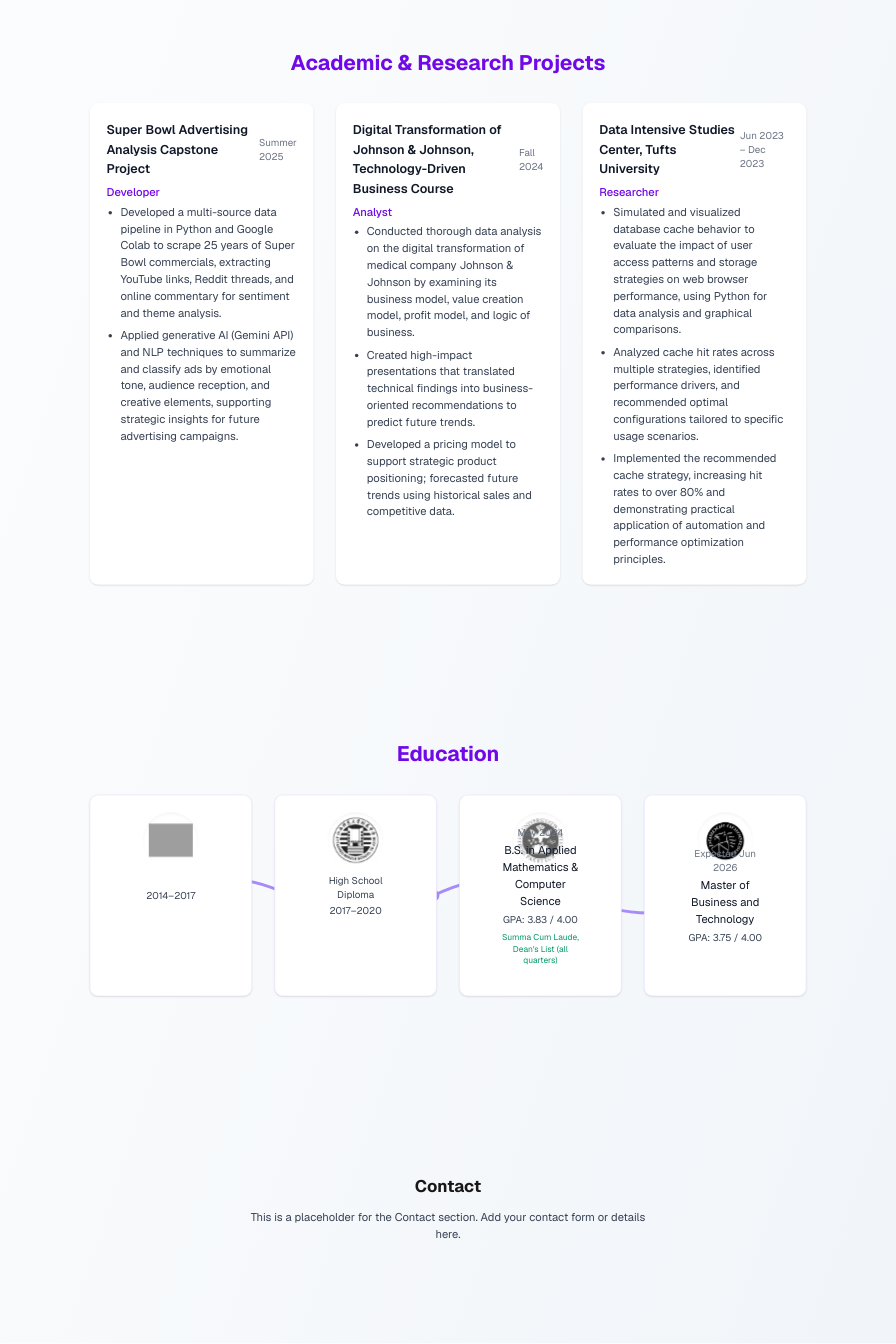
Repository: winniewyl/personal-portfolio
Page: /
These files come from the project's save history. The page is drawn as it stood at one moment and after the next save; the edit follows.
The browser window is 1280 px wide. The pictures show the part of the page from y = 1865 to 3785 px (the page is 3785 px tall), at 70% of full size.
Pictures or frames that could not be fetched are drawn as grey boxes. The project was rebuilt for these pictures with package versions that can differ from the ones it lists, and the page was loaded fresh each time. The framework's server and built-in components were replaced by stand-ins that run in the browser. Also part of the build but not shown: next.config.ts.

Above is the page before, as saved 2025-07-29 12:54:23.

After the next save:
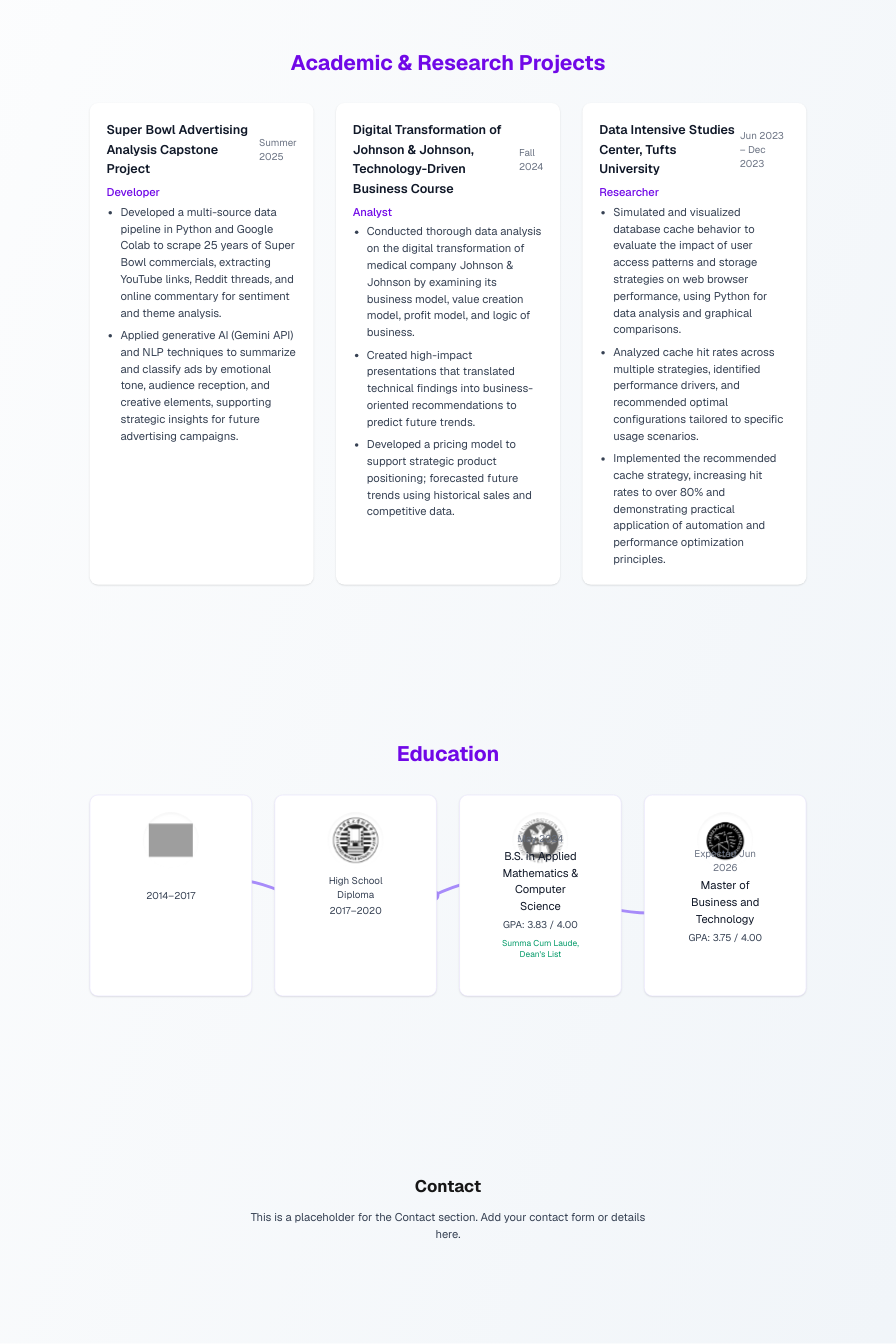
Saved 110 s later.
--- a/src/app/page.tsx
+++ b/src/app/page.tsx
@@ -273,7 +273,7 @@
                     GPA: 3.83 / 4.00
                   </span>
                   <span className="text-xs text-emerald-600 mt-1">
-                    Summa Cum Laude, Dean's List (all quarters)
+                    Summa Cum Laude, Dean's List
                   </span>
                 </div>
               </div>
